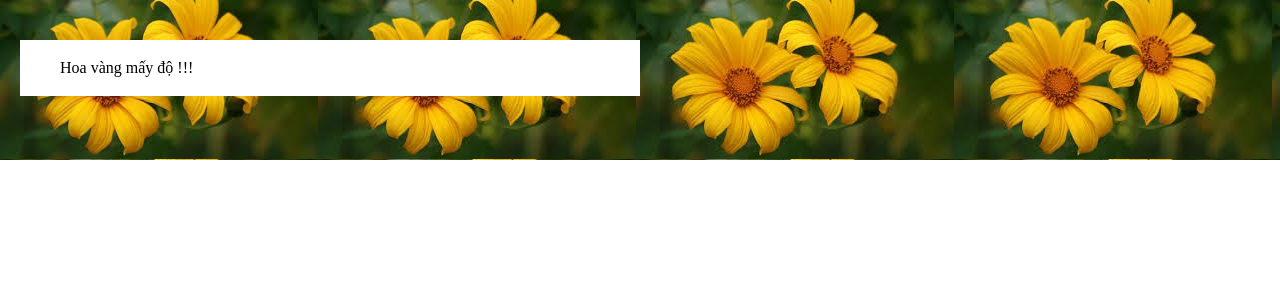
Repository: Tan-Khang21/TH_TKW--Buoi_07
Page: Bai_Tap_Tren_lop/Bai_05/opacity2.html
The author's editor kept a copy of each file at every save. The page is drawn from the files as they stood at one save, then again after the next save.
The browser window is 1280 px wide. The pictures show the whole page.

Above is the page before, as saved 2024-03-12 16:54:36.

After the next save:
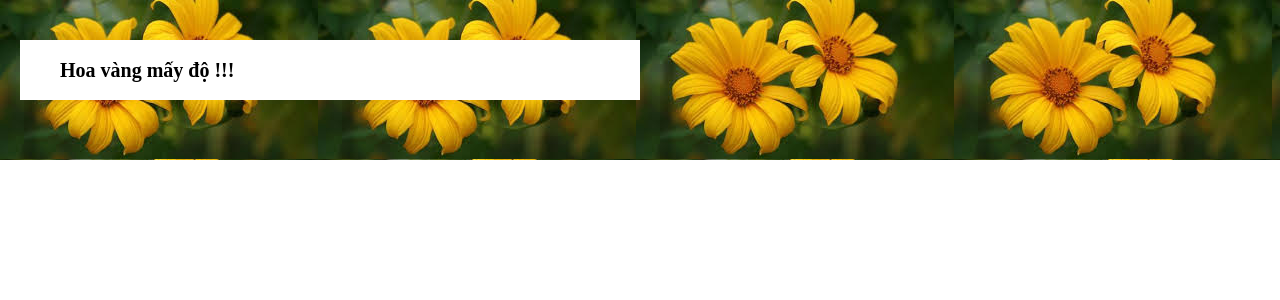
Saved 26 s later.
--- a/Bai_Tap_Tren_lop/Bai_05/style.css
+++ b/Bai_Tap_Tren_lop/Bai_05/style.css
@@ -14,3 +14,7 @@ body {
   background-color: white;
   padding: 20px 40px;
 }
+.text {
+  font-weight: bold;
+  font-size: 20px;
+}
